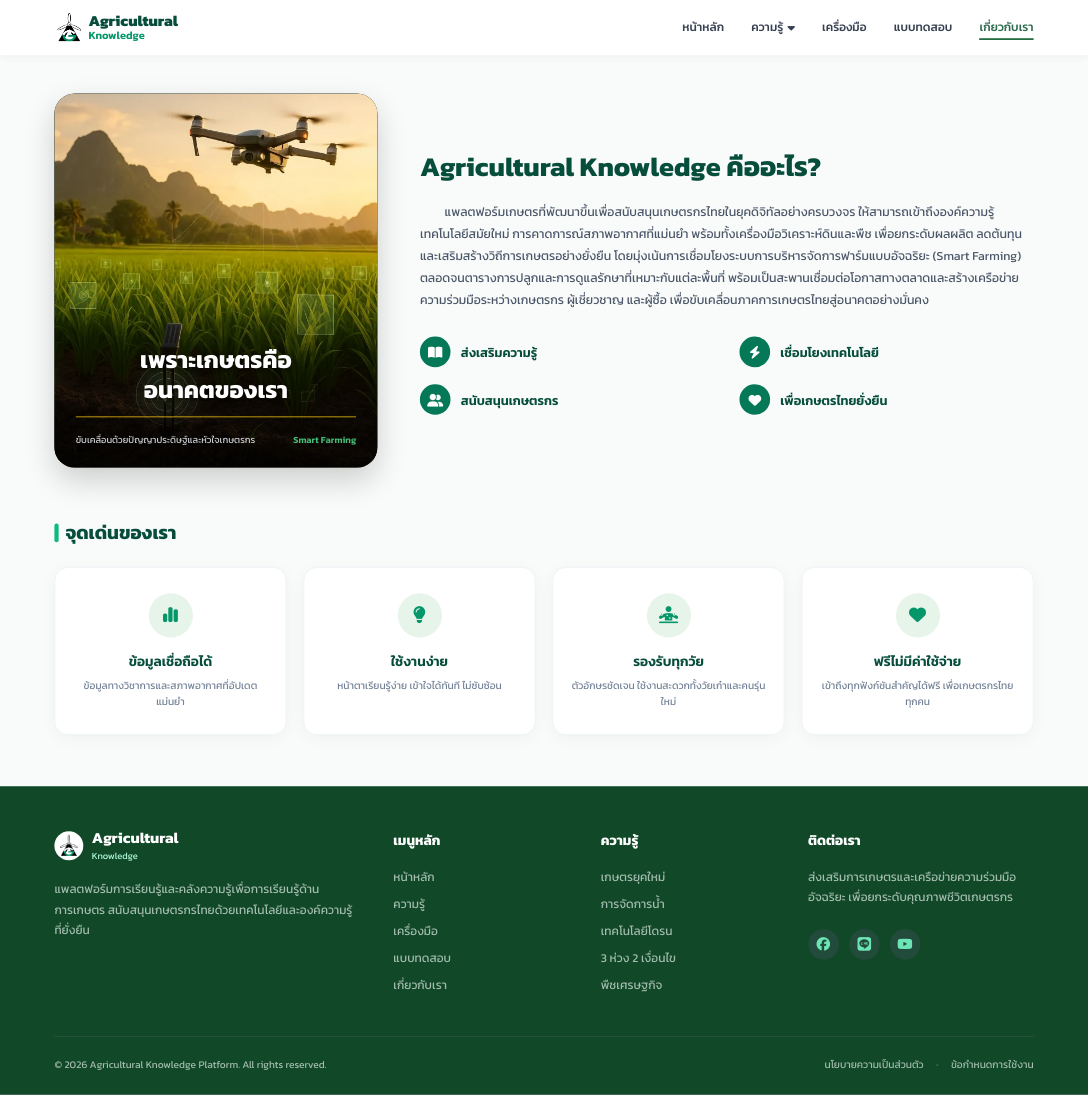
Repository: nuwat-wa/Project-WebdesignAG
Page: ag2.html
These files come from the project's save history. The page is drawn as it stood at one moment and after a run of saves; the edit follows.
The browser window is 1280 px wide. The pictures show the whole page, at 85% of full size.

Above is the page before, as saved 2026-10-03 20:56:42.

### ag2.html
<!doctype html>
<html lang="en">
  <head>
    <meta charset="UTF-8" />
    <meta name="viewport" content="width=device-width, initial-scale=1.0" />
    <title>Agricultural Knowledge</title>
    <link
      rel="stylesheet"
      href="https://cdnjs.cloudflare.com/ajax/libs/font-awesome/6.7.2/css/all.min.css"
    />
    <link rel="stylesheet" href="style/ag2.css" />
  </head>
  <body>
    <header class="header">
      <div class="logo">
        <div class="logo-icon">
          <img src="/img/icon.png" alt="icon">
        </div>
        <div class="brand-text">
          <h1 class="title">Agricultural</h1>
          <span class="subtitle">Knowledge</span>
        </div>
      </div>

      <input type="checkbox" id="menu-toggle" class="menu-toggle" />

      <label for="menu-toggle" class="hamburger">
        <span></span>
        <span></span>
        <span></span>
      </label>

      <nav class="nav-links">
        <a href="index.html">หน้าหลัก</a>

        <div class="dropdown-hover">
          <a href="#" class="dropdown-btn"
            >ความรู้ <i class="fa-solid fa-caret-down"></i
          ></a>

          <div class="menu-level1">
            <!-- มือใหม่ -->
            <div class="menu-item-has-children">
              <a href="#">มือใหม่ <i class="fa-solid fa-caret-right"></i></a>
              <div class="menu-level2">
                <a href="ag4.html">เกษตรสมัยใหม่</a>
                <a href="ag5.html">ปลูกข้าว</a>
                <a href="ag6.html">พืชสวน</a>
                <a href="ag7.html">พืชไร่</a>
                <a href="ag8.html">ปลูกผัก</a>
                <a href="ag9.html">การเตรียมดิน</a>
                <a href="#">การเลือกปุ๋ย</a>
                <a href="#">โรคศัตรูพืช</a>
              </div>
            </div>

            <!-- ผู้มีพื้นฐาน -->
            <div class="menu-item-has-children">
              <a href="#"
                >ผู้มีพื้นฐาน <i class="fa-solid fa-caret-right"></i
              ></a>
              <div class="menu-level2">
                <a href="#">เทคโนโลยีการเกษตร</a>
                <a href="#">การวางแผนการผลิต</a>
                <a href="#">AI / Big Data</a>
                <a href="ag10.html">ระบบน้ำอัจฉริยะ</a>
                <a href="#">การจัดการต้นทุน</a>
              </div>
            </div>

            <a href="ag3.html">หลักการพอเพียง</a>
            <a href="#">เรื่องเล่า</a>
            <a href="#">บทความ</a>
          </div>
        </div>

        <a href="#">เครื่องมือ</a>
        <a href="#">แบบทดสอบ</a>
        <a href="ag2.html" class="active">เกี่ยวกับเรา</a>
      </nav>
    </header>

    <div class="container">
      <section class="about-section">
        <!-- Left Poster/Card -->
        <div class="poster-card">
          <div class="poster-content">
            <div class="plant-illustration">
              <img src="img/ana.png" alt="เทคโนโลยีการเกษตร" />
            </div>

            <div class="poster-overlay"></div>

            <div class="poster-text">
              <h2 class="poster-title">
                เพราะเกษตรคือ<br />
                อนาคตของเรา
              </h2>

              <span class="poster-line"></span>

              <div class="poster-footer">
                <span class="sub-text">
                  ขับเคลื่อนด้วยปัญญาประดิษฐ์และหัวใจเกษตรกร
                </span>

                <span class="badge">Smart Farming</span>
              </div>
            </div>
          </div>
        </div>

        <!-- Right Content Info -->
        <div class="info-content">
          <h1 class="main-title">
            Agricultural Knowledge <span>คืออะไร?</span>
          </h1>
          <p class="description">
            แพลตฟอร์มเกษตรที่พัฒนาขึ้นเพื่อสนับสนุนเกษตรกรไทยในยุคดิจิทัลอย่างครบวงจร
            ให้สามารถเข้าถึงองค์ความรู้ เทคโนโลยีสมัยใหม่
            การคาดการณ์สภาพอากาศที่แม่นยำ พร้อมทั้งเครื่องมือวิเคราะห์ดินและพืช
            เพื่อยกระดับผลผลิต ลดต้นทุน และเสริมสร้างวิถีการเกษตรอย่างยั่งยืน
            โดยมุ่งเน้นการเชื่อมโยงระบบการบริหารจัดการฟาร์มแบบอัจฉริยะ (Smart
            Farming) ตลอดจนตารางการปลูกและการดูแลรักษาที่เหมาะกับแต่ละพื้นที่
            พร้อมเป็นสะพานเชื่อมต่อโอกาสทางตลาดและสร้างเครือข่ายความร่วมมือระหว่างเกษตรกร
            ผู้เชี่ยวชาญ และผู้ซื้อ
            เพื่อขับเคลื่อนภาคการเกษตรไทยสู่อนาคตอย่างมั่นคง
          </p>

          <!-- Feature List 2x2 Grid -->
          <div class="feature-grid">
            <div class="feature-item">
              <div class="icon-circle">
                <i class="fa-solid fa-book-open"></i>
              </div>
              <span>ส่งเสริมความรู้</span>
            </div>
            <div class="feature-item">
              <div class="icon-circle">
                <i class="fa-solid fa-bolt"></i>
              </div>
              <span>เชื่อมโยงเทคโนโลยี</span>
            </div>
            <div class="feature-item">
              <div class="icon-circle">
                <i class="fa-solid fa-user-group"></i>
              </div>
              <span>สนับสนุนเกษตรกร</span>
            </div>
            <div class="feature-item">
              <div class="icon-circle">
                <i class="fa-solid fa-heart"></i>
              </div>
              <span>เพื่อเกษตรไทยยั่งยืน</span>
            </div>
          </div>
        </div>
      </section>

      <section class="highlights-section">
        <h2 class="section-title">จุดเด่นของเรา</h2>

        <div class="cards-grid">
          <!-- Card 1 -->
          <div class="highlight-card">
            <div class="card-icon-bg">
              <i class="fa-solid fa-chart-simple"></i>
            </div>
            <h3>ข้อมูลเชื่อถือได้</h3>
            <p>ข้อมูลทางวิชาการและสภาพอากาศที่อัปเดตแม่นยำ</p>
          </div>

          <!-- Card 2 -->
          <div class="highlight-card">
            <div class="card-icon-bg">
              <i class="fa-solid fa-lightbulb"></i>
            </div>
            <h3>ใช้งานง่าย</h3>
            <p>หน้าตาเรียนรู้ง่าย เข้าใจได้ทันที ไม่ซับซ้อน</p>
          </div>

          <!-- Card 3 -->
          <div class="highlight-card">
            <div class="card-icon-bg">
              <i class="fa-solid fa-person-dots-from-line"></i>
            </div>
            <h3>รองรับทุกวัย</h3>
            <p>ตัวอักษรชัดเจน ใช้งานสะดวกทั้งวัยเก๋าและคนรุ่นใหม่</p>
          </div>

          <!-- Card 4 -->
          <div class="highlight-card">
            <div class="card-icon-bg">
              <i class="fa-solid fa-heart"></i>
            </div>
            <h3>ฟรีไม่มีค่าใช้จ่าย</h3>
            <p>เข้าถึงทุกฟังก์ชันสำคัญได้ฟรี เพื่อเกษตรกรไทยทุกคน</p>
          </div>
        </div>
      </section>
    </div>

    <footer class="site-footer">
      <div class="footer-top">
        <div class="footer-about">
          <div class="footer-logo">
            <span class="footer-logo-icon"><img src="img/icon.png" alt="icon"></span>

            <div>
              <strong>Agricultural</strong>
              <small>Knowledge</small>
            </div>
          </div>

          <p>
            แพลตฟอร์มการเรียนรู้และคลังความรู้เพื่อการเรียนรู้ด้านการเกษตร
            สนับสนุนเกษตรกรไทยด้วยเทคโนโลยีและองค์ความรู้ที่ยั่งยืน
          </p>
        </div>

        <div class="footer-column">
          <h3>เมนูหลัก</h3>

          <ul>
            <li><a href="home.html">หน้าหลัก</a></li>
            <li><a href="knowledge.html">ความรู้</a></li>
            <li><a href="tools.html">เครื่องมือ</a></li>
            <li><a href="quiz.html">แบบทดสอบ</a></li>
            <li><a href="about.html">เกี่ยวกับเรา</a></li>
          </ul>
        </div>

        <div class="footer-column">
          <h3>ความรู้</h3>

          <ul>
            <li><a href="modern-farming.html">เกษตรยุคใหม่</a></li>
            <li><a href="water.html">การจัดการน้ำ</a></li>
            <li><a href="drone.html">เทคโนโลยีโดรน</a></li>
            <li><a href="sufficiency.html">3 ห่วง 2 เงื่อนไข</a></li>
            <li><a href="crops.html">พืชเศรษฐกิจ</a></li>
          </ul>
        </div>

        <div class="footer-contact">
          <h3>ติดต่อเรา</h3>

          <p>
            ส่งเสริมการเกษตรและเครือข่ายความร่วมมืออัจฉริยะ
            เพื่อยกระดับคุณภาพชีวิตเกษตรกร
          </p>

          <div class="footer-social">
            <a href="#" aria-label="Facebook"><i class="fa-brands fa-facebook"></i></a>
            <a href="#" class="social-line" aria-label="LINE"><i class="fa-brands fa-line"></i></a>
            <a href="#" aria-label="YouTube"><i class="fa-brands fa-youtube"></i></a>
          </div>
        </div>
      </div>

      <div class="footer-bottom">
        <p>© 2026 Agricultural Knowledge Platform. All rights reserved.</p>

        <div class="footer-policy">
          <a href="privacy.html">นโยบายความเป็นส่วนตัว</a>
          <span>·</span>
          <a href="terms.html">ข้อกำหนดการใช้งาน</a>
        </div>
      </div>
    </footer>
  </body>
</html>

### style/ag2.css
@import url("https://fonts.googleapis.com/css2?family=Kanit:wght@300;400;500;600;700;800&display=swap");

* {
  margin: 0;
  padding: 0;
  box-sizing: border-box;
  font-family: "Kanit", sans-serif;
}

html {
  scroll-behavior: smooth;
  scrollbar-width: none;
}

html::-webkit-scrollbar {
  display: none;
}

body {
  background: #f8fbf9;
  color: #111827;
  overflow-x: hidden;
}

/* header */
.header {
  position: fixed;
  top: 0;
  left: 0;
  z-index: 1000;
  width: 100%;
  height: 65px;
  padding: 0 5%;
  background: #fff;
  display: flex;
  align-items: center;
  justify-content: space-between;
  box-shadow: 0 2px 10px rgba(0, 0, 0, 0.05);
}

.logo {
  display: flex;
  align-items: center;
  gap: 5px;
}

.logo-icon img {
  width: 35px;
  height: 35px;
  display: flex;
  align-items: center;
  justify-content: center;
}

.brand-text {
  display: flex;
  flex-direction: column;
}

.title {
  color: #064e3b;
  font-size: 18px;
  font-weight: 800;
  line-height: 0.95;
}

.subtitle {
  margin-top: 2px;
  color: #059669;
  font-size: 13px;
  font-weight: 600;
  line-height: 1.1;
}

/* nav */
.nav-links {
    display: grid;
    grid-template-columns: repeat(5, auto);
    align-items: center;
    justify-content: end;
    gap: 32px;
}

.nav-links > a,
.dropdown-btn {
    position: relative;
    display: inline-flex;
    align-items: center;
    justify-content: center;
    gap: 5px;
    margin: 0;
    padding: 4px 0;
    border: 0;
    background: none;
    color: #374151;
    text-decoration: none;
    font-family: "Kanit", sans-serif;
    font-size: 14px;
    font-weight: 500;
    white-space: nowrap;
    cursor: pointer;
    transition: color 0.2s;
}

.nav-links > a::after,
.dropdown-btn::after {
    content: "";
    position: absolute;
    left: 0;
    bottom: 0;
    width: 100%;
    height: 2px;
    background: #196738;
    transform: scaleX(0);
    transform-origin: center;
    transition: transform 0.2s ease;
}

.nav-links > a:hover,
.nav-links > a.active,
.dropdown-btn:hover {
    color: #2d6a4f;
}

.nav-links > a:hover::after,
.nav-links > a.active::after,
.dropdown-btn:hover::after {
    transform: scaleX(1);
}

/* dropdown */
.dropdown-hover {
  position: relative;
}

.menu-level1,
.menu-level2 {
  position: absolute;
  display: none;
  min-width: 180px;
  padding: 0;
  background: #fff;
  border-radius: 8px;
  box-shadow: 0 4px 12px rgba(0, 0, 0, 0.15);
}

.menu-level1 {
  top: 100%;
  left: 0;
  border-left: 4px solid #2d6a4f;
}

.menu-level2 {
  top: 0;
  left: 100%;
  border-left: 4px solid #28a745;
}

.dropdown-hover:hover > .menu-level1,
.menu-item-has-children:hover > .menu-level2 {
  display: block;
}

.menu-item-has-children {
  position: relative;
}

.menu-level1 a,
.menu-level2 a {
  width: 100%;
  margin: 0 !important;
  padding: 10px 20px !important;
  display: flex !important;
  align-items: center;
  justify-content: space-between;
  color: #333;
  text-decoration: none;
  border-radius: 8px;
}

.menu-level1 a:hover,
.menu-level2 a:hover {
  background: #f0f4f8;
  color: #2d6a4f;
}

/* mobile menu */
.menu-toggle {
  display: none;
}

.hamburger {
  display: none;
}

/* main container */
.container {
  width: 100%;
  max-width: none;
  margin: 0;
  padding: 110px 5% 60px;
}

/* about */
.about-section {
  display: flex;
  align-items: center;
  gap: 50px;
  margin-bottom: 60px;
}

.poster-card {
  width: 380px;
  height: 440px;
  flex-shrink: 0;
  position: relative;
  overflow: hidden;
  border-radius: 24px;
  background: #08140e;
  box-shadow: 0 15px 35px rgba(0, 0, 0, 0.18);
}

.poster-content {
  position: relative;
  width: 100%;
  height: 100%;
}

.plant-illustration {
  position: absolute;
  inset: 0;
  width: 100%;
  height: 100%;
  overflow: hidden;
}

.plant-illustration img {
  width: 100%;
  height: 100%;
  object-fit: cover;
  display: block;
}

.poster-overlay {
  position: absolute;
  inset: 0;
  background: linear-gradient(
    to bottom,
    rgba(0, 0, 0, 0) 35%,
    rgba(0, 0, 0, 0.15) 50%,
    rgba(0, 0, 0, 0.85) 100%
  );
  z-index: 1;
}

.poster-text {
  position: absolute;
  left: 25px;
  right: 25px;
  bottom: 25px;
  z-index: 2;
  text-align: center;
}

.poster-title {
  margin: 0;
  color: #fff;
  font-size: 28px;
  font-weight: 700;
  line-height: 1.25;
  text-shadow: 0 2px 5px rgba(0, 0, 0, 0.6);
}

.poster-line {
  display: block;
  width: 100%;
  height: 1px;
  margin: 14px auto 18px;
  background: #facc15;
  border-radius: 10px;
}

.poster-footer {
  display: flex;
  align-items: center;
  justify-content: space-between;
  color: #d1d5db;
  font-size: 11px;
}

.poster-footer .badge {
  color: #48bb78;
  font-weight: 600;
}

/* about information */
.info-content {
  flex: 1;
  min-width: 0;
}

.main-title {
  margin-bottom: 16px;
  color: #064e3b;
  font-size: 32px;
  font-weight: 700;
}

.main-title span {
  color: #064e3b;
}

.description {
  margin-bottom: 30px;
  color: #4a5568;
  font-size: 14.5px;
  line-height: 1.8;
  text-indent: 2em;
}

/* feature */
.feature-grid {
  display: grid;
  grid-template-columns: 1fr 1fr;
  gap: 20px 30px;
}

.feature-item {
  display: flex;
  align-items: center;
  gap: 12px;
  color: #064e3b;
  font-size: 15px;
  font-weight: 600;
}

.icon-circle {
  width: 36px;
  height: 36px;
  flex-shrink: 0;
  border-radius: 50%;
  background: #047857;
  color: #fff;
  display: flex;
  align-items: center;
  justify-content: center;
  font-size: 15px;
}

/* highlights */
.highlights-section {
  margin-top: 20px;
}

.section-title {
  display: flex;
  align-items: center;
  gap: 8px;
  margin-bottom: 24px;
  color: #064e3b;
  font-size: 22px;
  font-weight: 700;
}

.section-title::before {
  content: "";
  width: 5px;
  height: 22px;
  background: #10b981;
  border-radius: 4px;
}

.cards-grid {
  display: grid;
  grid-template-columns: repeat(4, 1fr);
  gap: 20px;
}

.highlight-card {
  padding: 30px 20px;
  background: #fff;
  border: 1px solid #edf2f7;
  border-radius: 16px;
  text-align: center;
  box-shadow: 0 4px 20px rgba(0, 0, 0, 0.04);
  transition: 0.2s;
}

.highlight-card:hover {
  transform: translateY(-5px);
  box-shadow: 0 8px 25px rgba(0, 0, 0, 0.08);
}

.card-icon-bg {
  width: 52px;
  height: 52px;
  margin: 0 auto 16px;
  border-radius: 50%;
  background: #e6f4ea;
  color: #059669;
  display: flex;
  align-items: center;
  justify-content: center;
  font-size: 20px;
}

.highlight-card h3 {
  margin-bottom: 8px;
  color: #064e3b;
  font-size: 16px;
  font-weight: 600;
}

.highlight-card p {
  color: #718096;
  font-size: 12px;
  line-height: 1.5;
}

/* footer */
.site-footer {
  width: 100%;
  padding: 50px 5% 25px;
  background: #114827;
  color: #a4bdb0;
  font-size: 14px;
  line-height: 1.7;
}

.site-footer a {
  color: #a4bdb0;
  text-decoration: none;
}

.site-footer a:hover {
  color: #65dfb0;
}

.footer-top,
.footer-bottom {
  width: 100%;
  max-width: none;
  margin: 0;
}

.footer-top {
  display: flex;
  justify-content: space-between;
  gap: 45px;
}

.footer-about {
  flex: 1.6;
  min-width: 0;
}

.footer-column {
  flex: 0.9;
  min-width: 0;
}

.footer-contact {
  flex: 1.2;
  min-width: 0;
}

.footer-logo {
  display: flex;
  align-items: center;
  gap: 10px;
  margin-bottom: 20px;
}

.footer-logo-icon {
  width: 34px;
  height: 34px;
  display: flex;
  align-items: center;
  justify-content: center;
  background: white;
  border-radius: 50%;
  font-size: 20px;
}

.footer-logo-icon img {
  width: 26px;
  height: 26px;
  display: flex;
  align-items: center;
  justify-content: center;
}

.footer-logo strong {
  display: block;
  color: white;
  font-size: 18px;
  line-height: 1.2;
}

.footer-logo small {
  display: block;
  color: #b3ffe1;
  font-size: 11px;
}

.site-footer h3 {
  margin-bottom: 18px;
  color: #fff;
  font-size: 16px;
}

.site-footer ul {
  padding: 0;
  list-style: none;
}

.site-footer li {
  margin-bottom: 8px;
}

.footer-social {
  display: flex;
  gap: 12px;
  margin-top: 25px;
}

.footer-social a {
  width: 36px;
  height: 36px;
  border-radius: 50%;
  background: #224b3b;
  color: #6ce4b6 !important;
  display: flex;
  align-items: center;
  justify-content: center;
  font-size: 16px;
}

.footer-social a:hover {
  background: #30634e;
}

.footer-bottom {
  display: flex;
  align-items: center;
  justify-content: space-between;
  gap: 20px;
  margin-top: 40px;
  padding-top: 22px;
  border-top: 1px solid #2b5140;
  font-size: 12px;
}

.footer-policy {
  display: flex;
  gap: 15px;
}

/* responsive */
@media (max-width: 768px) {
  /* header */
  .header {
    height: 60px;
    padding: 0 5%;
  }

  /* hamburger */
  .hamburger {
    width: 38px;
    height: 38px;
    display: flex;
    align-items: center;
    justify-content: center;
    flex-direction: column;
    gap: 5px;
    cursor: pointer;
  }

  .hamburger span {
    width: 22px;
    height: 2px;
    background: #064e3b;
    border-radius: 5px;
    transition: 0.25s;
  }

  .menu-toggle:checked + .hamburger span:nth-child(1) {
    transform: translateY(7px) rotate(45deg);
  }

  .menu-toggle:checked + .hamburger span:nth-child(2) {
    opacity: 0;
  }

  .menu-toggle:checked + .hamburger span:nth-child(3) {
    transform: translateY(-7px) rotate(-45deg);
  }

  /* navigation */
  .nav-links {
    position: absolute;
    top: 60px;
    left: 0;
    width: 100%;
    padding: 10px 5% 15px;
    background: #fff;
    display: none;
    flex-direction: column;
    align-items: stretch;
    gap: 0;
    box-shadow: 0 8px 20px rgba(0, 0, 0, 0.08);
  }

  .menu-toggle:checked ~ .nav-links {
    display: flex;
  }

  .nav-links > a {
    width: 100%;
    margin: 0 !important;
    padding: 12px 10px;
    border-bottom: 1px solid #eee;
  }

  .dropdown-hover {
    width: 100%;
  }

  .dropdown-hover > .dropdown-btn {
    width: 100%;
    margin: 0 !important;
    padding: 12px 10px;
    justify-content: space-between;
  }

  /* dropdown */
  .menu-level1,
  .menu-level2 {
    position: static;
    width: 100%;
    min-width: 0;
    border-radius: 0;
    box-shadow: none;
  }

  .menu-level1 {
    border-left: 3px solid #2d6a4f;
    background: #f8faf9;
  }

  .menu-level2 {
    border-left: 3px solid #28a745;
    background: #fff;
  }

  .dropdown-hover:hover > .menu-level1,
  .menu-item-has-children:hover > .menu-level2 {
    display: block;
  }

  /* main container */
  .container {
    padding: 90px 5% 45px;
  }

  /* about */
  .about-section {
    flex-direction: column;
    align-items: stretch;
    gap: 30px;
    margin-bottom: 45px;
  }

  .poster-card {
    width: 100%;
    height: 360px;
  }

  .poster-title {
    font-size: 24px;
  }

  /* about information */
  .main-title {
    font-size: 27px;
    margin-bottom: 16px;
  }

  .description {
    font-size: 13px;
    line-height: 1.7;
  }

  /* feature */
  .feature-grid {
    grid-template-columns: 1fr;
    gap: 15px;
  }

  .feature-item {
    font-size: 13px;
  }

  /* highlights */
  .section-title {
    font-size: 19px;
  }

  .cards-grid {
    grid-template-columns: 1fr 1fr;
    gap: 15px;
  }

  .highlight-card {
    padding: 24px 15px;
  }

  .highlight-card h3 {
    font-size: 15px;
  }

  .highlight-card p {
    font-size: 12px;
  }

  /* footer */
  .site-footer {
    padding: 35px 5% 20px;
    font-size: 12px;
  }

  .footer-top {
    flex-direction: column;
    gap: 25px;
  }

  .footer-about,
  .footer-column,
  .footer-contact {
    flex: none;
    width: 100%;
  }

  .footer-bottom {
    flex-direction: column;
    align-items: flex-start;
    margin-top: 28px;
    padding-top: 18px;
    font-size: 11px;
  }

  .footer-policy {
    flex-wrap: wrap;
  }
}

After the next 3 saves:
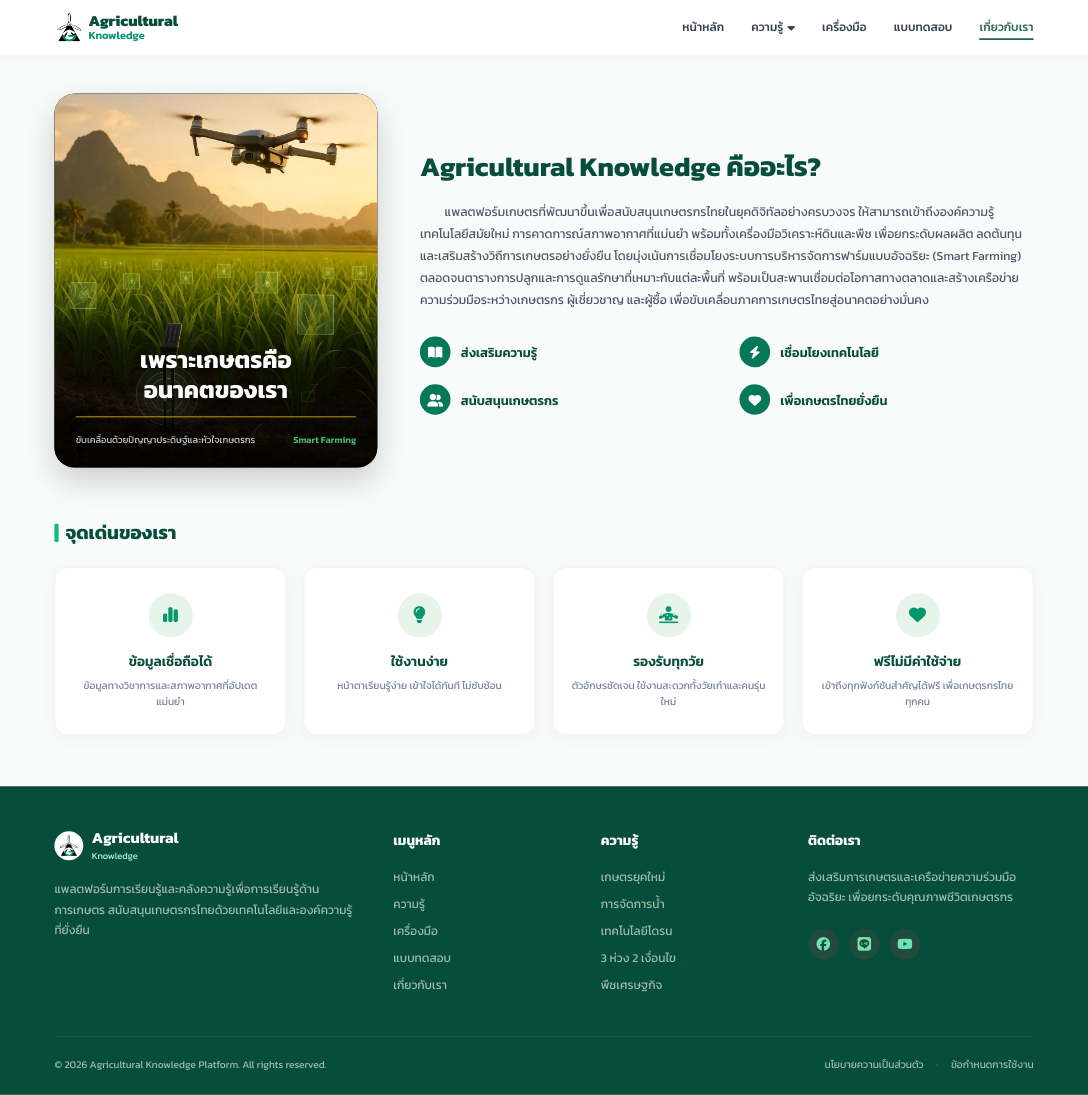
The 3 saves are shown as one change because they came seconds apart.
The last was saved 29 min 22 s later.
--- a/style/ag2.css
+++ b/style/ag2.css
@@ -421,7 +421,7 @@ body {
 .site-footer {
   width: 100%;
   padding: 50px 5% 25px;
-  background: #114827;
+  background: #064e3b;
   color: #a4bdb0;
   font-size: 14px;
   line-height: 1.7;
